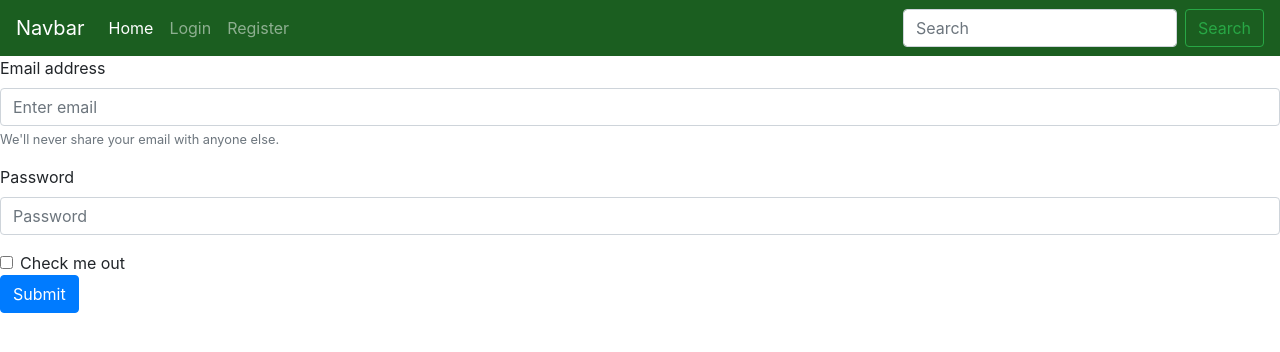
Repository: Chandnim0712/Ecommerce-Spring-Boot-Project
Page: http://localhost/LoginPage/register.jsp
These files come from the project's save history. The page is drawn as it stood at one moment and after the next save; the edit follows.
The browser window is 1280 px wide. The pictures show the whole page.
The page is served by Tomcat 9. Other server files are loaded and not shown.

Above is the page before, as saved 2025-06-11 19:57:18.

### LoginPage/src/main/webapp/register.jsp
<%@ page language="java" contentType="text/html; charset=UTF-8"
	pageEncoding="UTF-8"%>
<!DOCTYPE html>
<html>
<head>
<meta charset="UTF-8">
<title>Register</title>
<link rel="stylesheet"
	href="https://cdn.jsdelivr.net/npm/bootstrap@4.0.0/dist/css/bootstrap.min.css"
	integrity="sha384-Gn5384xqQ1aoWXA+058RXPxPg6fy4IWvTNh0E263XmFcJlSAwiGgFAW/dAiS6JXm"
	crossorigin="anonymous">

<link rel="stylesheet"
	href="https://cdnjs.cloudflare.com/ajax/libs/font-awesome/4.7.0/css/font-awesome.min.css">

<link rel="stylesheet" href="css/style.css">
</head>
<body>
	<!-- Start Navbar  -->

	<nav class="navbar navbar-expand-lg navbar-dark bg-custom">
		<a class="navbar-brand" href="#">Navbar</a>
		<button class="navbar-toggler" type="button" data-toggle="collapse"
			data-target="#navbarSupportedContent"
			aria-controls="navbarSupportedContent" aria-expanded="false"
			aria-label="Toggle navigation">
			<span class="navbar-toggler-icon"></span>
		</button>

		<div class="collapse navbar-collapse" id="navbarSupportedContent">
			<ul class="navbar-nav mr-auto">
				<li class="nav-item active"><a class="nav-link" href="#">Home
						<span class="sr-only">(current)</span>
				</a></li>
				<li class="nav-item"><a class="nav-link" href="login.jsp">Login</a></li>
				<li class="nav-item"><a class="nav-link" href="register.jsp">Register</a>
				</li>
			</ul>
			<form class="form-inline my-2 my-lg-0">
				<input class="form-control mr-sm-2" type="search"
					placeholder="Search" aria-label="Search">
				<button class="btn btn-outline-success my-2 my-sm-0" type="submit">Search</button>
			</form>
		</div>
	</nav>

	<!-- End Navbar -->


	<form>
  <div class="form-group">
    <label for="exampleInputEmail1">Email address</label>
    <input type="email" class="form-control" id="exampleInputEmail1" aria-describedby="emailHelp" placeholder="Enter email">
    <small id="emailHelp" class="form-text text-muted">We'll never share your email with anyone else.</small>
  </div>
  <div class="form-group">
    <label for="exampleInputPassword1">Password</label>
    <input type="password" class="form-control" id="exampleInputPassword1" placeholder="Password">
  </div>
  <div class="form-check">
    <input type="checkbox" class="form-check-input" id="exampleCheck1">
    <label class="form-check-label" for="exampleCheck1">Check me out</label>
  </div>
  <button type="submit" class="btn btn-primary">Submit</button>
</form>
</body>
</html>

### LoginPage/src/main/webapp/css/style.css
.bg-custom{
	background : #1b5e20 !important
}

After the next save:
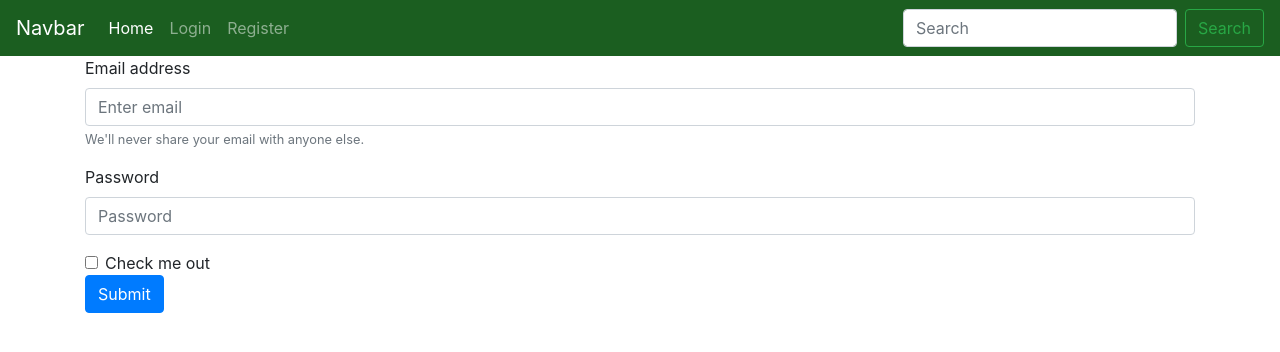
Saved 35 s later.
--- a/LoginPage/src/main/webapp/register.jsp
+++ b/LoginPage/src/main/webapp/register.jsp
@@ -46,22 +46,28 @@
 
 	<!-- End Navbar -->
 
+	<div class="container">
+		<form>
+			<div class="form-group">
+				<label for="exampleInputEmail1">Email address</label> <input
+					type="email" class="form-control" id="exampleInputEmail1"
+					aria-describedby="emailHelp" placeholder="Enter email"> <small
+					id="emailHelp" class="form-text text-muted">We'll never
+					share your email with anyone else.</small>
+			</div>
+			<div class="form-group">
+				<label for="exampleInputPassword1">Password</label> <input
+					type="password" class="form-control" id="exampleInputPassword1"
+					placeholder="Password">
+			</div>
+			<div class="form-check">
+				<input type="checkbox" class="form-check-input" id="exampleCheck1">
+				<label class="form-check-label" for="exampleCheck1">Check me
+					out</label>
+			</div>
+			<button type="submit" class="btn btn-primary">Submit</button>
+		</form>
+	</div>
 
-	<form>
-  <div class="form-group">
-    <label for="exampleInputEmail1">Email address</label>
-    <input type="email" class="form-control" id="exampleInputEmail1" aria-describedby="emailHelp" placeholder="Enter email">
-    <small id="emailHelp" class="form-text text-muted">We'll never share your email with anyone else.</small>
-  </div>
-  <div class="form-group">
-    <label for="exampleInputPassword1">Password</label>
-    <input type="password" class="form-control" id="exampleInputPassword1" placeholder="Password">
-  </div>
-  <div class="form-check">
-    <input type="checkbox" class="form-check-input" id="exampleCheck1">
-    <label class="form-check-label" for="exampleCheck1">Check me out</label>
-  </div>
-  <button type="submit" class="btn btn-primary">Submit</button>
-</form>
 </body>
 </html>
